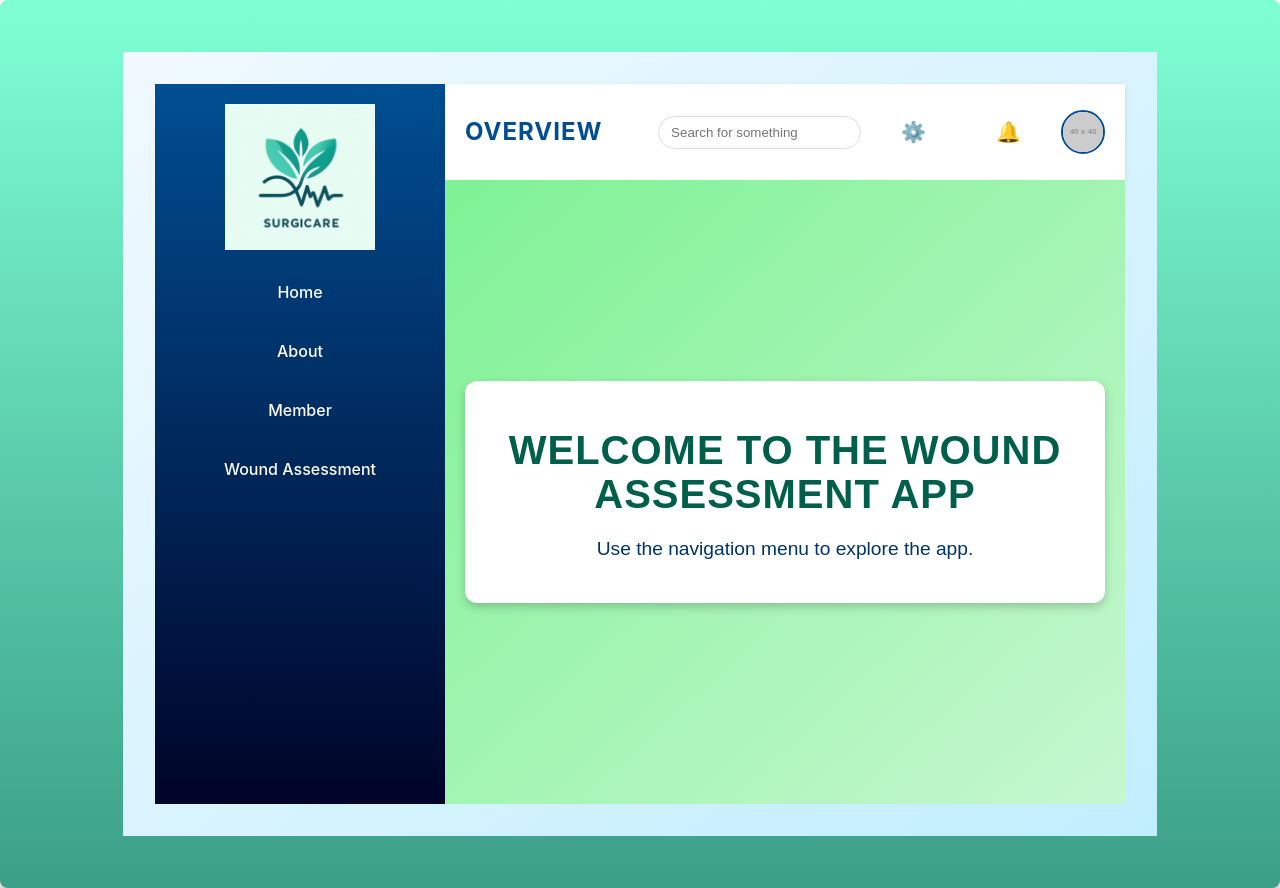
Repository: Jinwoo290350/Surgicare-Vue
Page: / (app in surgicare/)
An editor plug-in stored every save of this project. The page is shown before and after the next save, followed by the edit.
The browser window is 1280 px wide. The pictures show the whole page.
The project was rebuilt for these pictures with package versions that can differ from the ones it lists, and the page was loaded fresh each time. Also part of the build but not shown: surgicare/vite.config.js, surgicare/src/views/About.vue, surgicare/src/views/Member.vue, surgicare/src/components/WoundAssessment.vue.

Above is the page before, as saved 2024-12-30 15:01:53.
Console error: TypeError: Cannot read properties of null (reading 'getContext')

After the next save:
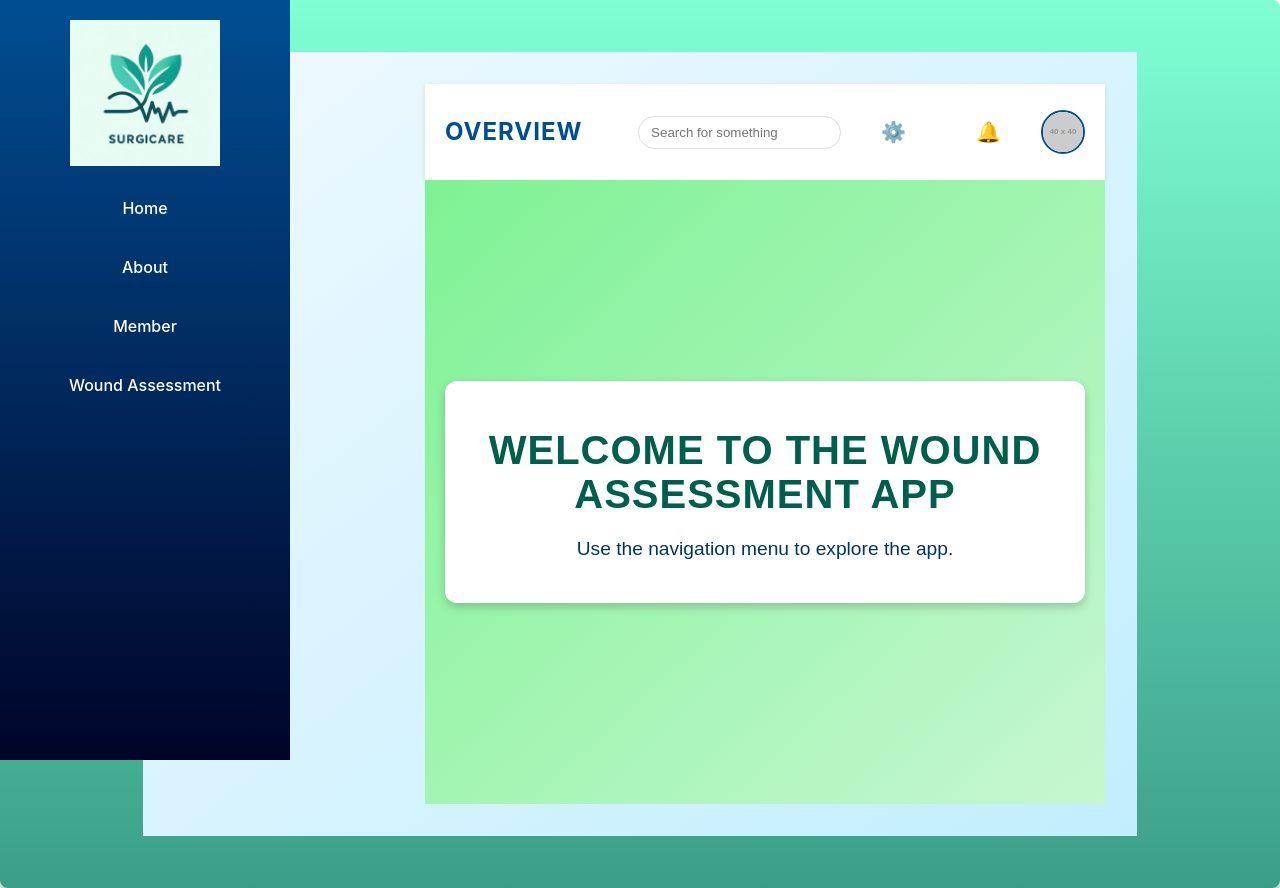
Saved 2 min 54 s later.
--- a/surgicare/src/App.vue
+++ b/surgicare/src/App.vue
@@ -20,7 +20,7 @@
           <img src="https://via.placeholder.com/40" alt="Profile" class="profile-pic" />
         </div>
       </header>
-        <router-view />
+      <router-view />
     </main>
   </div>
 </template>
@@ -42,16 +42,22 @@ body {
   display: flex;
   height: 100vh;
   background: linear-gradient(to bottom right, #f0f9ff, #c1eefd);
+  overflow: hidden; /* Prevent scroll */
 }
 
 .sidebar {
+  position: fixed;
+  top: 0;
+  left: 0;
   width: 250px;
+  height: 100%;
   background: linear-gradient(to bottom, #004e92, #000428);
   color: white;
   padding: 20px;
   display: flex;
   flex-direction: column;
   align-items: center;
+  z-index: 1000;
 }
 
 .logo {
@@ -78,9 +84,11 @@ body {
 }
 
 .main-content {
+  margin-left: 250px; /* Offset for the fixed sidebar */
   flex-grow: 1;
   display: flex;
   flex-direction: column;
+  height: 100vh; /* Ensure it stretches to full height */
 }
 
 .header {
@@ -132,28 +140,4 @@ body {
   border-radius: 50%;
   border: 2px solid #004e92;
 }
-
-.content-area {
-  flex-grow: 1;
-  background: linear-gradient(to bottom right, #e6f7f9, #ffffff);
-  display: flex;
-  justify-content: center;
-  align-items: center;
-  position: relative;
-}
-
-.placeholder {
-  width: 80%;
-  height: 80%;
-  background: rgba(255, 255, 255, 0.8);
-  border-radius: 20px;
-  box-shadow: 0 4px 20px rgba(0, 0, 0, 0.1);
-  display: flex;
-  justify-content: center;
-  align-items: center;
-  font-size: 28px;
-  color: #004e92;
-  font-weight: bold;
-  text-align: center;
-}
 </style>
